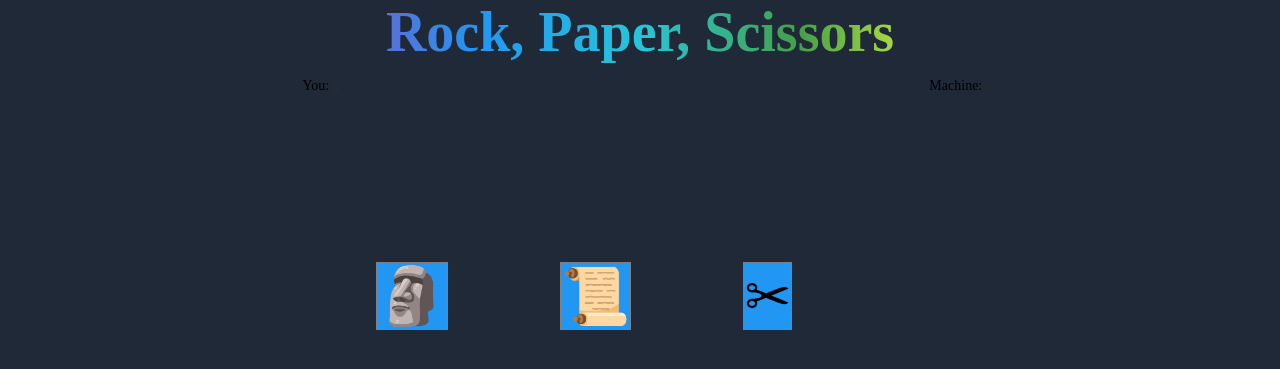
Repository: dung8466/RPS
Page: index.html
The author's editor kept a copy of each file at every save. The page is drawn from the files as they stood at one save, then again after the next save.
The browser window is 1280 px wide. The pictures show the whole page.

Above is the page before, as saved 2022-07-01 21:39:58.

After the next save:
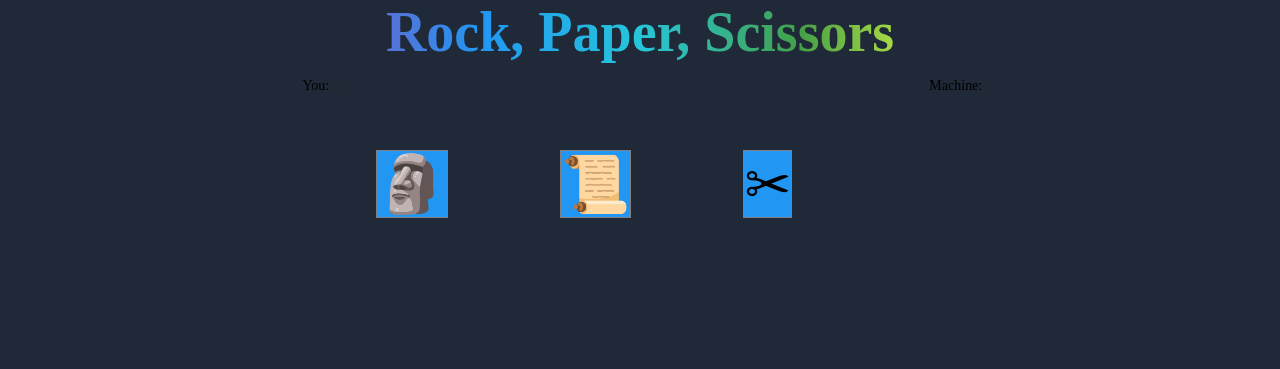
Saved 8 s later.
--- a/style.css
+++ b/style.css
@@ -25,7 +25,7 @@
     font-size: 4rem;
     transition: 100ms;
     margin-right: 2em;
-    margin-top: 3em;
+    margin-top: 1em;
   }
 
   .selection:hover {
